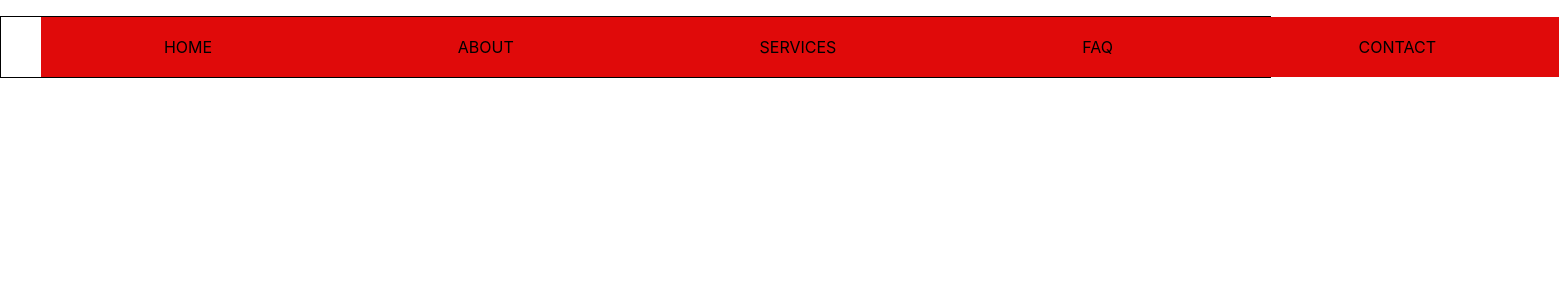
Repository: sriram1224/reactas1.github.io
Page: /
An editor plug-in stored every save of this project. The page is shown before and after the next save, followed by the edit.
The browser window is 1280 px wide. The page is 1559 px wide, then 1436 px, so the pictures cover 1559 px, including what lies to the right of the window. The pictures show the whole page.
The project was rebuilt for these pictures with package versions that can differ from the ones it lists, and the page was loaded fresh each time.

Above is the page before, as saved 2024-03-05 06:58:30.

After the next save:
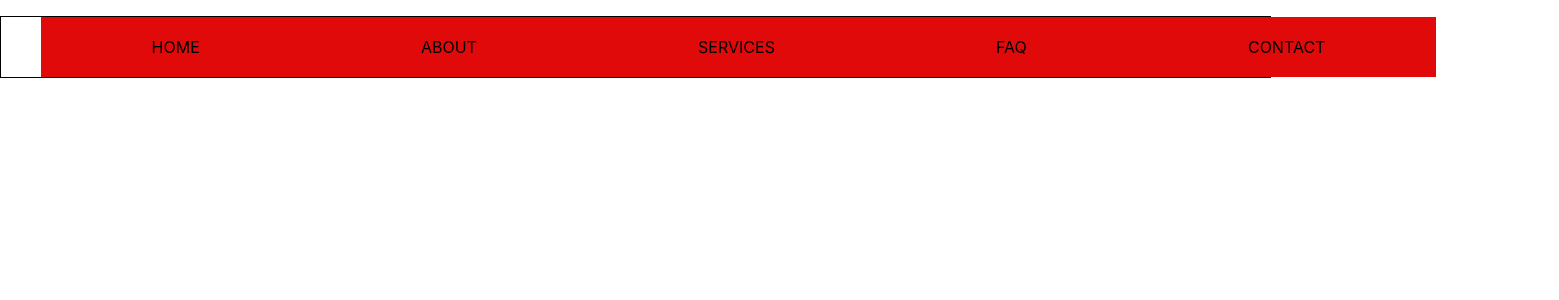
Saved 16 s later.
--- a/src/Components/Nav.css
+++ b/src/Components/Nav.css
@@ -15,7 +15,7 @@
     border: 1px solid #000;
 }
 .Nav ul li{
-    padding: 20px 10%;
+    padding: 20px 9%;
 
     background-color: rgb(224, 10, 10);
     text-align: center;
